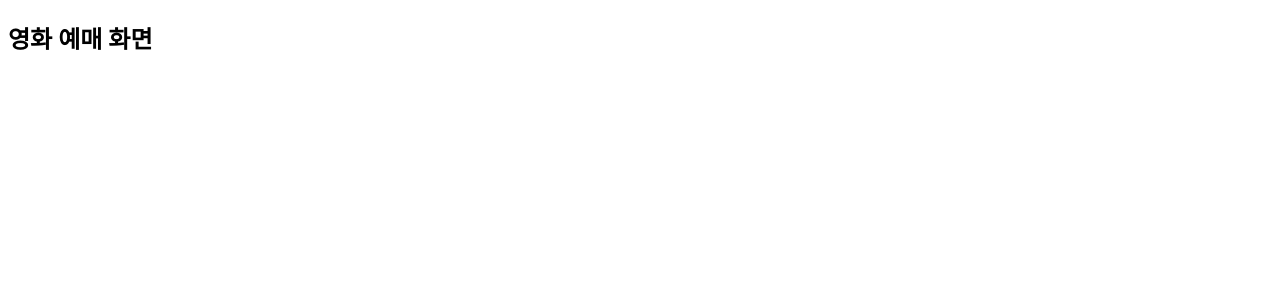
Repository: lmcoa15/Movie
Page: http://localhost/movie/user/user_reservation.jsp
The author's editor kept a copy of each file at every save. The page is drawn from the files as they stood at one save, then again after the next save.
The browser window is 1280 px wide. The pictures show the whole page.
The page is served by Tomcat 9.

Above is the page before, as saved 2015-12-08 15:00:11.

After the next save:
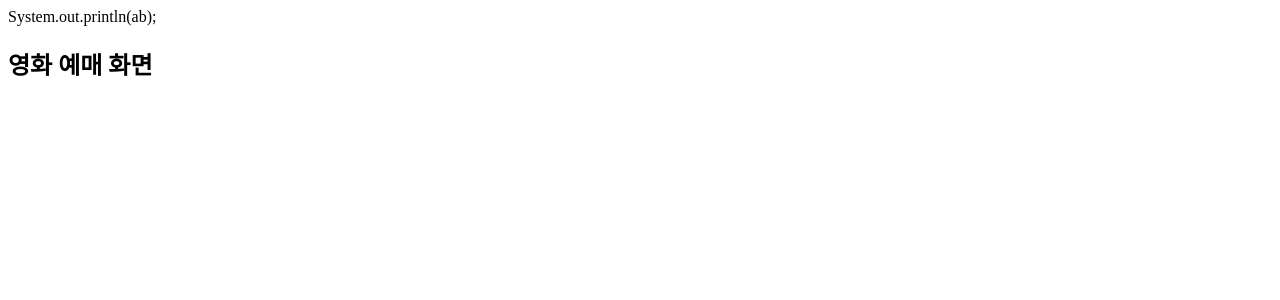
Saved 18 min 1 s later.
--- a/workspace/movie/WebContent/user/user_reservation.jsp
+++ b/workspace/movie/WebContent/user/user_reservation.jsp
@@ -2,6 +2,12 @@
     pageEncoding="UTF-8"%>
 <!DOCTYPE html PUBLIC "-//W3C//DTD HTML 4.01 Transitional//EN" "http://www.w3.org/TR/html4/loose.dtd">
 <html>
+
+<%
+	String ab= request.getParameter("id_film");
+
+%>
+System.out.println(ab);
 <head>
 <meta http-equiv="Content-Type" content="text/html; charset=UTF-8">
 <title>영화 예매 화면</title>

After the save that followed:
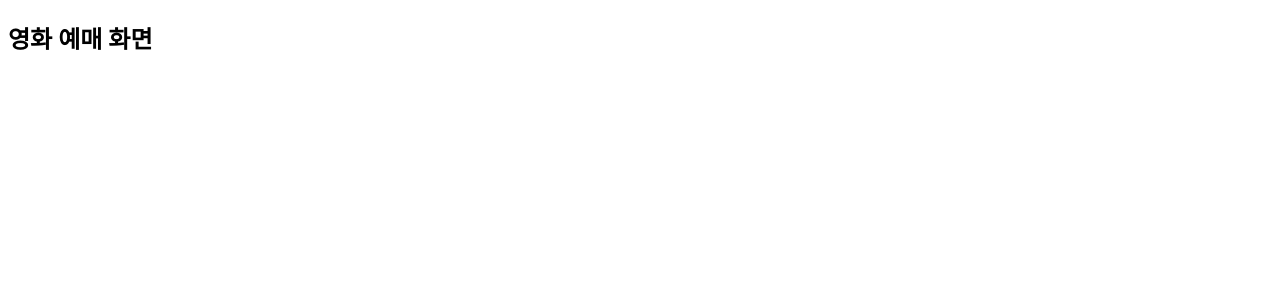
Saved 36 s later.
--- a/workspace/movie/WebContent/user/user_reservation.jsp
+++ b/workspace/movie/WebContent/user/user_reservation.jsp
@@ -5,9 +5,9 @@
 
 <%
 	String ab= request.getParameter("id_film");
+System.out.println(ab);
+%>
 
-%>
-System.out.println(ab);
 <head>
 <meta http-equiv="Content-Type" content="text/html; charset=UTF-8">
 <title>영화 예매 화면</title>
